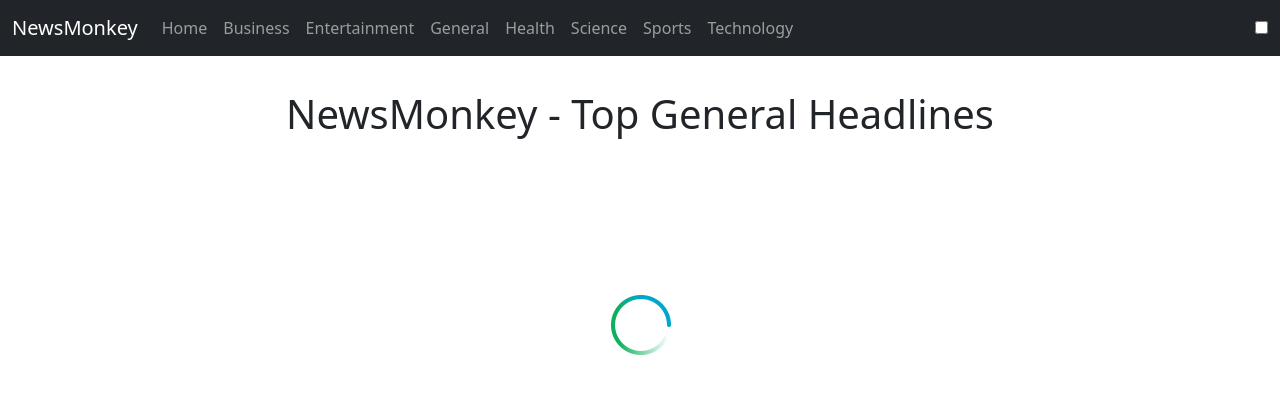
Repository: dhruvdornal/NewsBytes
Page: /
The author's editor kept a copy of each file at every save. The page is drawn from the files as they stood at one save, then again after the next save.
The browser window is 1280 px wide. The pictures show the whole page.
The page's requests for data from a server got no answer. The project was rebuilt for these pictures with package versions that can differ from the ones it lists, and the page was loaded fresh each time. No one was signed in, and anything a server would have sent is missing. Also part of the build but not shown: src/components/NewsItems.js, src/components/NotFound.js.

Above is the page before, as saved 2023-03-11 01:12:02.

### public/index.html
<!DOCTYPE html>
<html lang="en">
  <head>
    <meta charset="utf-8" />
    <link rel="icon" type="image/png" href="%PUBLIC_URL%/logo.png" />
    <meta name="viewport" content="width=device-width, initial-scale=1" />
    <meta name="theme-color" content="#000000" />
    <meta
      name="description"
      content="Web site created using create-react-app"
    />
    <link rel="apple-touch-icon" href="%PUBLIC_URL%/logo192.png" />
    <!--
      manifest.json provides metadata used when your web app is installed on a
      user's mobile device or desktop. See https://developers.google.com/web/fundamentals/web-app-manifest/
    -->
    <link rel="manifest" href="%PUBLIC_URL%/manifest.json" />
    <link href="https://cdn.jsdelivr.net/npm/bootstrap@5.3.0-alpha1/dist/css/bootstrap.min.css" rel="stylesheet" integrity="sha384-GLhlTQ8iRABdZLl6O3oVMWSktQOp6b7In1Zl3/Jr59b6EGGoI1aFkw7cmDA6j6gD" crossorigin="anonymous">
    <!--
      Notice the use of %PUBLIC_URL% in the tags above.
      It will be replaced with the URL of the `public` folder during the build.
      Only files inside the `public` folder can be referenced from the HTML.

      Unlike "/favicon.ico" or "favicon.ico", "%PUBLIC_URL%/favicon.ico" will
      work correctly both with client-side routing and a non-root public URL.
      Learn how to configure a non-root public URL by running `npm run build`.
    -->
    <title>News Bite</title>
  </head>
  <body>
    <noscript>You need to enable JavaScript to run this app.</noscript>
    <div id="root"></div>
    <!--
      This HTML file is a template.
      If you open it directly in the browser, you will see an empty page.

      You can add webfonts, meta tags, or analytics to this file.
      The build step will place the bundled scripts into the <body> tag.

      To begin the development, run `npm start` or `yarn start`.
      To create a production bundle, use `npm run build` or `yarn build`.
    -->
    <script src="https://cdn.jsdelivr.net/npm/@popperjs/core@2.11.6/dist/umd/popper.min.js" integrity="sha384-oBqDVmMz9ATKxIep9tiCxS/Z9fNfEXiDAYTujMAeBAsjFuCZSmKbSSUnQlmh/jp3" crossorigin="anonymous"></script>
    <script src="https://cdn.jsdelivr.net/npm/bootstrap@5.3.0-alpha1/dist/js/bootstrap.min.js" integrity="sha384-mQ93GR66B00ZXjt0YO5KlohRA5SY2XofN4zfuZxLkoj1gXtW8ANNCe9d5Y3eG5eD" crossorigin="anonymous"></script>
  </body>
</html>

### src/index.css
.infinite-scroll-component {
    overflow: hidden !important;
  }

### src/App.js

import './App.css';

import React, { Component } from 'react'
import NavBar from './components/NavBar';
import News from './components/News';

import {
  Route,
  Routes,
  BrowserRouter,
} from "react-router-dom";
import NotFound from './components/NotFound';

export default class App extends Component {

  render() {

    return (
      <div>
    <BrowserRouter>
    <NavBar/>
        <Routes>
            <Route exact path="/" element={<News key="general"  country="in" category="general" />} />
            <Route exact path="/NewsByte" element={<News key="general"  country="in" category="general" />} />
            <Route exact path="/general" element={<News key="general"  country="in" category="general" />} />
            <Route exact path="/sports" element={<News key="sports"  country="in" category="sports" />} />
            <Route exact path="/science" element={<News key="science"  country="in" category="science" />} />
            <Route exact path="/entertainment" element={<News key="entertainment"  country="in" category="entertainment" />} />
            <Route exact path="/business" element={<News key="business"  country="in" category="business" />}/>
            <Route exact path="/technology" element={<News key="technology"  country="in" category="technology" />} />
            <Route exact path="/health" element={<News key="health"  country="in" category="health" />} />



            <Route exact path="*" element={<NotFound/>}/>
        </Routes>
    </BrowserRouter>
      </div>
    )
  }
}

### src/components/NavBar.js
// import React, { Component } from 'react'
// import { Link } from 'react-router-dom'
// export default class NavBar extends Component {
//   render() {
//     return (
//       <div>
//         <nav className='navbar fixed-top navbar-expand-lg bg-dark'>
//         <div className="container-fluid">
//     <Link className="navbar-brand text-light" to="/">NewsBytes</Link>
//     <button className="navbar-toggler" type="button" data-bs-toggle="collapse" data-bs-target="#navbarSupportedContent" aria-controls="navbarSupportedContent" aria-expanded="false" aria-label="Toggle navigation">
//       <span className="navbar-toggler-icon"></span>
//     </button>
//     <div className="collapse navbar-collapse" id="navbarSupportedContent">
//       <ul className="navbar-nav me-auto mb-2 mb-lg-0">
//         <li className="nav-item">
//           <Link className="nav-link active text-light" aria-current="page" to="/">Home</Link>
//         </li>
//         <li className="nav-item">
//         </li>
//         <li className="nav-item dropdown">
//           <Link className="nav-link dropdown-toggle text-light" to="#" role="button" data-bs-toggle="dropdown" aria-expanded="false">
//             Category
//           </Link>
//           <ul className="dropdown-menu text-light">
//             <li><Link className="dropdown-item" to="/business">Business</Link></li>
//             <li><Link className="dropdown-item" to="/entertainment">Entertainment</Link></li>
//             <li><Link className="dropdown-item" to="/general">General</Link></li>
//             <li><Link className="dropdown-item" to="/health">Health</Link></li>
//             <li><Link className="dropdown-item" to="/science">Science</Link></li>
//             <li><Link className="dropdown-item" to="/sports">Sports</Link></li>
//             <li><Link className="dropdown-item" to="/technology">Technology</Link></li>
//           </ul>
//         </li>

//       </ul>
//     </div>
//   </div>
// </nav>
//       </div>
//     )
//   }
// }


import React from 'react'
import { Link } from "react-router-dom";

const DarkMode = ({ setDarkMode }) => {
  const setDarkTheme = () => {
      document.querySelector("body").setAttribute("data-theme", "dark");
      setDarkMode(true);
  };

  const setLightTheme = () => {
      document.querySelector("body").setAttribute("data-theme", "light");
      setDarkMode(false);
  };

  const toggleTheme = (e) => {
      if (e.target.checked) setDarkTheme();
      else setLightTheme();
  }
}

const NavBar = () => {

    return (
        <div>
            <nav className="navbar fixed-top navbar-expand-lg navbar-dark bg-dark">
                <div className="container-fluid">
                    <Link className="navbar-brand" to="/">NewsMonkey</Link>
                    <button className="navbar-toggler" type="button" data-bs-toggle="collapse" data-bs-target="#navbarSupportedContent" aria-controls="navbarSupportedContent" aria-expanded="false" aria-label="Toggle navigation">
                        <span className="navbar-toggler-icon"></span>
                    </button>
                    <div className="collapse navbar-collapse" id="navbarSupportedContent">
                        <ul className="navbar-nav me-auto mb-2 mb-lg-0">
                            <li className="nav-item">
                                <Link className="nav-link" aria-current="page" to="/">Home</Link>
                            </li>
                            <li className="nav-item"><Link className="nav-link" to="/business">Business</Link></li>
                            <li className="nav-item"><Link className="nav-link" to="/entertainment">Entertainment</Link></li>
                            <li className="nav-item"><Link className="nav-link" to="/general">General</Link></li>
                            <li className="nav-item"><Link className="nav-link" to="/health">Health</Link></li>
                            <li className="nav-item"><Link className="nav-link" to="/science">Science</Link></li>
                            <li className="nav-item"><Link className="nav-link" to="/sports">Sports</Link></li>
                            <li className="nav-item"><Link className="nav-link" to="/technology">Technology</Link></li>
                        </ul>
                        <label class="switch">
                          <input type="checkbox"/>
                          <span class="slider"></span>
                        </label>
                    </div>
                </div>
            </nav>
        </div>
    )

}

export default NavBar

### src/components/News.js
// import React, { Component } from 'react'
// import NewsItems from './NewsItems'
// import Spinner from './Spinner';
// import PropTypes from 'prop-types'
// import InfiniteScroll from "react-infinite-scroll-component";

// export class News extends Component {
//   static propTypes = {
//     country: PropTypes.string,
//     category:PropTypes.string
//   }
//    capitalizeFirstLetter = (string)=>{
//     return string.charAt(0).toUpperCase() + string.slice(1);
//   }

//     constructor(props){
//         super(props);
//         this.state = {
//             articles: [],
//             loading:false,
//             page:1,
//             totalResults:0
//         }
//         document.title = `NewsBytes - ${this.capitalizeFirstLetter(this.props.category)}`
//     }
//     async updateNews(){
//         const url = `https://newsapi.org/v2/top-headlines?country=${this.props.country}&category=${this.props.category}&apiKey=432c8b77277c4c3f902b88850c279f80&page=${this.state.page}&pageSize=12`;
//         let data = await fetch(url);
//         let parsedData =  await data.json();
//         this.setState({articles:parsedData.articles,
//                       totalResult:parsedData.totalResults,
//                       loading:false})
//     }
//     async componentDidMount(){
//        await this.updateNews();
//     }

//     fetchMoreData =  async ()=>{
//         this.setState({page:++this.state.page})
//         const url = `https://newsapi.org/v2/top-headlines?country=${this.props.country}&category=${this.props.category}&apiKey=432c8b77277c4c3f902b88850c279f80&page=${this.state.page}&pageSize=12`;
//         let data = await fetch(url);
//         let parsedData =  await data.json();
//         this.setState({
//                         articles:this.state.articles.concat(parsedData.articles),
//                         totalResults:parsedData.totalResults
//         })
//     };
//   render() {
//     return (
//       <>
//         <h1 className='text-center my-5' style={{ margin: '35px 0px' }}>NewsBytes - Top Headlines from {this.capitalizeFirstLetter(this.props.category)}</h1>
//         {this.state.loading && <Spinner/>}
//         <InfiniteScroll
//           dataLength={this.state.articles.length}
//           next={this.fetchMoreData}
//           hasMore={this.state.articles.length !== this.state.totalResults}
//           loader={<Spinner/>}
//         >
//         <div className="container">
//         <div className="row">
//             {this.state.articles.map((element)=>{
//                 return <div className="col-md-3 my-3" key={element.url}>
//                 <NewsItems title={!element.title?"":element.title.slice(0,53)} source={element.source.name} descreption={!element.description?"":element.description.slice(0,100)} imgURL={element.urlToImage} author={!element.author?"Unknown":element.author} time={element.publishedAt} newsURL={element.url}/>
//                 </div>
//             })}
//         </div>
//         </div>
//         </InfiniteScroll>
//       </>
//     )
//   }
// }
// export default News




import React, {useEffect, useState} from 'react'

import NewsItem from './NewsItems'
import Spinner from './Spinner';
import PropTypes from 'prop-types'
import InfiniteScroll from "react-infinite-scroll-component";

const News = (props)=>{
    const [articles, setArticles] = useState([])
    const [loading, setLoading] = useState(true)
    const [page, setPage] = useState(1)
    const [totalResults, setTotalResults] = useState(0)

    const capitalizeFirstLetter = (string) => {
        return string.charAt(0).toUpperCase() + string.slice(1);
    }

    const updateNews = async ()=> {
        const url = `https://newsapi.org/v2/top-headlines?country=${props.country}&category=${props.category}&apiKey=432c8b77277c4c3f902b88850c279f80&page=${page}&pageSize=12`;
        setLoading(true)
        let data = await fetch(url);
        //props.setProgress(30);
        let parsedData = await data.json()
        //props.setProgress(70);
        setArticles(parsedData.articles)
        setTotalResults(parsedData.totalResults)
        setLoading(false)
        //props.setProgress(100);
    }

    useEffect(() => {
        document.title = `${capitalizeFirstLetter(props.category)} - NewsMonkey`;
        updateNews();
        // eslint-disable-next-line
    }, [])


    const fetchMoreData = async () => {
        const url = `https://newsapi.org/v2/top-headlines?country=${props.country}&category=${props.category}&apiKey=432c8b77277c4c3f902b88850c279f80&page=${page+1}&pageSize=12`;
        setPage(page+1)
        let data = await fetch(url);
        let parsedData = await data.json()
        setArticles(articles.concat(parsedData.articles))
        setTotalResults(parsedData.totalResults)
      };

        return (
            <>
                <h1 className="text-center" style={{ margin: '35px 0px', marginTop: '90px' }}>NewsMonkey - Top {capitalizeFirstLetter(props.category)} Headlines</h1>
                {loading && <Spinner />}
                <InfiniteScroll
                    dataLength={articles.length}
                    next={fetchMoreData}
                    hasMore={articles.length !== totalResults}
                    loader={<Spinner/>}
                >
                    <div className="container">

                    <div className="row">
                        {articles.map((element) => {
                            return <div className="col-md-4" key={element.url}>
                                <NewsItem title={element.title ? element.title : ""} description={element.description ? element.description : ""} imageUrl={element.urlToImage} newsUrl={element.url} author={element.author} date={element.publishedAt} source={element.source.name} />
                            </div>
                        })}
                    </div>
                    </div>
                </InfiniteScroll>
            </>
        )

}


News.defaultProps = {
    country: 'in',
    pageSize: 8,
    category: 'general',
}

News.propTypes = {
    country: PropTypes.string,
    pageSize: PropTypes.number,
    category: PropTypes.string,
}

export default News

### src/components/Spinner.js
import React, { Component } from 'react'
import loading from './loading.gif'
export class Spinner extends Component {
  render() {
    return (
      <div className='text-center'>
        <img src={loading} alt="loading"></img>
      </div>
    )
  }
}

export default Spinner

### src/App.css
.App {
  text-align: center;
}

.App-logo {
  height: 40vmin;
  pointer-events: none;
}

@media (prefers-reduced-motion: no-preference) {
  .App-logo {
    animation: App-logo-spin infinite 20s linear;
  }
}

.App-header {
  background-color: #282c34;
  min-height: 100vh;
  display: flex;
  flex-direction: column;
  align-items: center;
  justify-content: center;
  font-size: calc(10px + 2vmin);
  color: white;
}

.App-link {
  color: #61dafb;
}

@keyframes App-logo-spin {
  from {
    transform: rotate(0deg);
  }
  to {
    transform: rotate(360deg);
  }
}

/*======================
    404 page
=======================*/


.page_404{ padding:40px 0; background:#fff; font-family: 'Arvo', serif;
}

.page_404  img{ width:100%;}

.four_zero_four_bg{

 background-image: url(https://cdn.dribbble.com/users/285475/screenshots/2083086/dribbble_1.gif);
    height: 400px;
    background-position: center;
 }


 .four_zero_four_bg h1{
 font-size:80px;
 }

  .four_zero_four_bg h3{
			 font-size:80px;
			 }

			 .link_404{
	color: #fff!important;
    padding: 10px 20px;
    background: #39ac31;
    margin: 20px 0;
    display: inline-block;}
	.contant_box_404{ margin-top:-50px;}

Loaded but not shown: src/index.js (common file); src/reportWebVitals.js (common file)

After the next save:
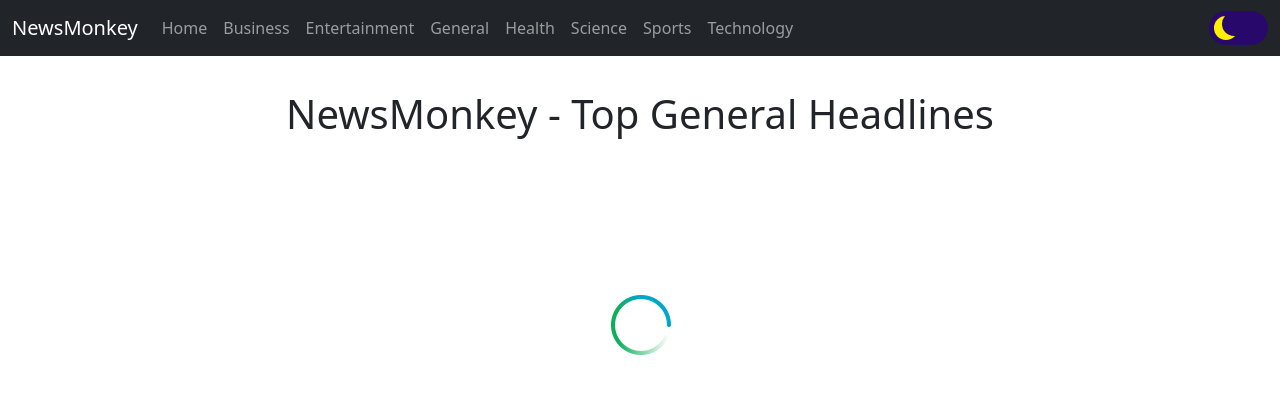
Saved 21 s later.
--- a/src/App.css
+++ b/src/App.css
@@ -70,3 +70,55 @@
     margin: 20px 0;
     display: inline-block;}
 	.contant_box_404{ margin-top:-50px;}
+
+ /* The switch - the box around the slider */
+.switch {
+  font-size: 17px;
+  position: relative;
+  display: inline-block;
+  width: 3.5em;
+  height: 2em;
+}
+
+/* Hide default HTML checkbox */
+.switch input {
+  opacity: 0;
+  width: 0;
+  height: 0;
+}
+
+/* The slider */
+.slider {
+  --background: #28096b;
+  position: absolute;
+  cursor: pointer;
+  top: 0;
+  left: 0;
+  right: 0;
+  bottom: 0;
+  background-color: var(--background);
+  transition: .5s;
+  border-radius: 30px;
+}
+
+.slider:before {
+  position: absolute;
+  content: "";
+  height: 1.4em;
+  width: 1.4em;
+  border-radius: 50%;
+  left: 10%;
+  bottom: 15%;
+  box-shadow: inset 8px -4px 0px 0px #fff000;
+  background: var(--background);
+  transition: .5s;
+}
+
+input:checked + .slider {
+  background-color: #522ba7;
+}
+
+input:checked + .slider:before {
+  transform: translateX(100%);
+  box-shadow: inset 15px -4px 0px 15px #fff000;
+}
